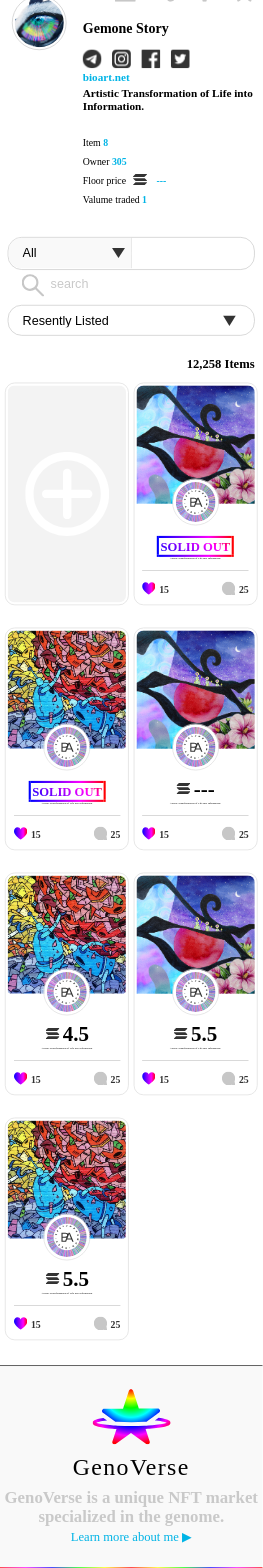
Repository: superHotBob/bioart
Page: /myplanets
The author's editor kept a copy of each file at every save. The page is drawn from the files as they stood at one save, then again after the next save.
The browser window is 375 px wide. The pictures show the part of the page from y = 521 to 2761 px (the page is 2761 px tall before and 2756 px after), at 70% of full size.
Some web fonts or font styles are not loaded; a fallback is used. The project was rebuilt for these pictures with package versions that can differ from the ones it lists, and the page was loaded fresh each time. Some packages were replaced by stand-ins written for this rebuild. The framework's server and built-in components were replaced by stand-ins that run in the browser. Also part of the build but not shown: next.config.js.

Above is the page before, as saved 2022-04-05 15:16:53.

After the next save:
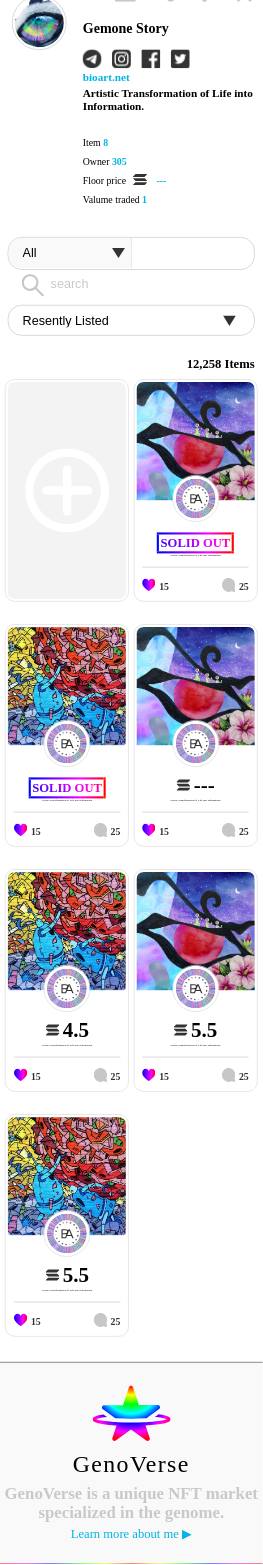
Saved 8 s later.
--- a/pages/myplanets.js
+++ b/pages/myplanets.js
@@ -940,7 +940,7 @@ export default function Explore() {
               width: 10px;
             }
             .count {
-              margin: 30px 0 20px;
+              margin: 30px 0 15px;
             }
             .mobileNo {
               opacity: 0;
